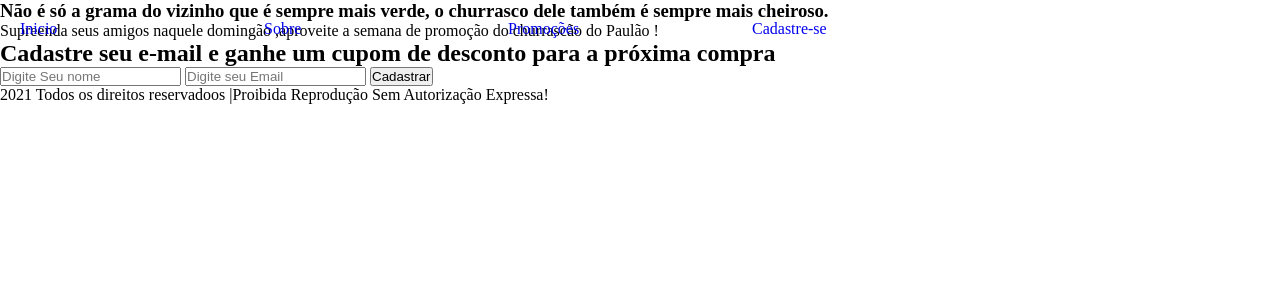
Repository: PauloMarquess/ProjetoBlackFriday
Page: index.html
An editor plug-in stored every save of this project. The page is shown before and after the next save, followed by the edit.
The browser window is 1280 px wide. The pictures show the whole page.

Above is the page before, as saved 2021-07-15 14:09:44.

After the next save:
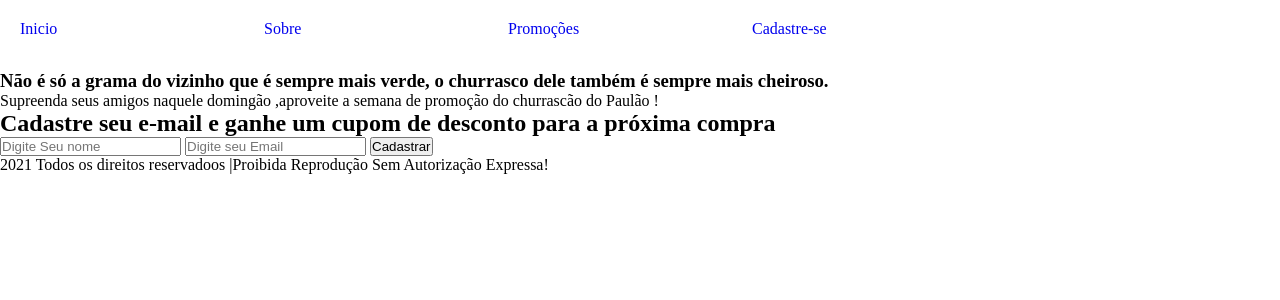
Saved 49 s later.
--- a/css/style.css
+++ b/css/style.css
@@ -5,14 +5,6 @@
     text-decoration: none;
 
 }
-
-.menu{
-    position: fixed;
-    left: 0;
-    top: 0;
-    width: 100%;
-}
-
 
 .menu ul li {
     display: inline-block;
